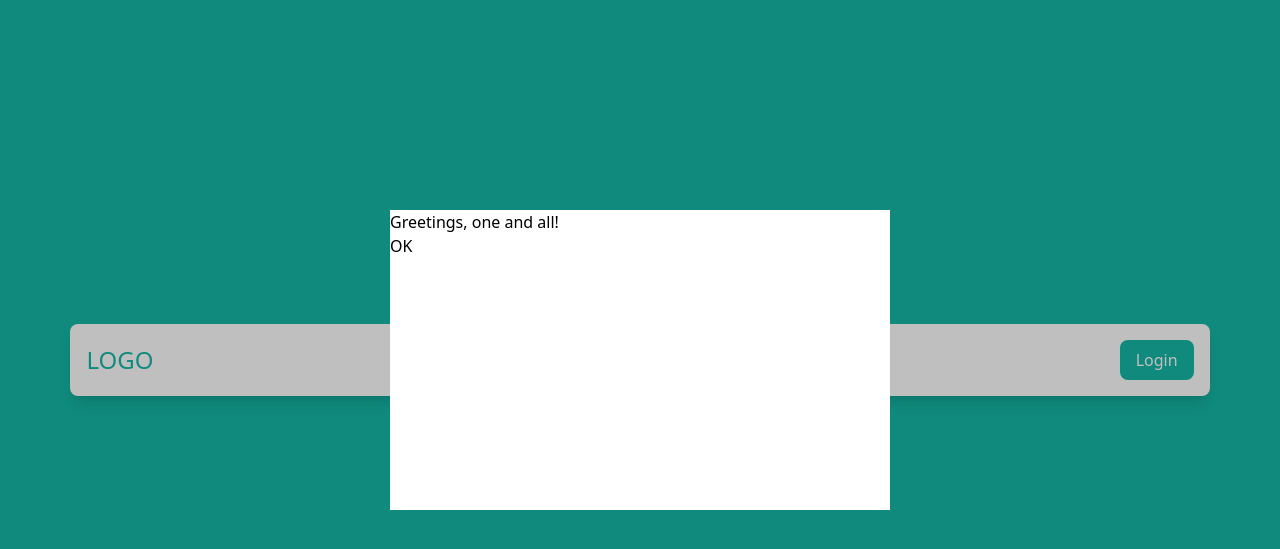
Repository: DevAntonioRogers/react-modal-with-dialog
Page: /
An editor plug-in stored every save of this project. The page is shown before and after the next save, followed by the edit.
The browser window is 1280 px wide. The pictures show the whole page.
The project was rebuilt for these pictures with package versions that can differ from the ones it lists, and the page was loaded fresh each time. Also part of the build but not shown: vite.config.ts.

Above is the page before, as saved 2023-05-10 12:52:21.

After the next save:
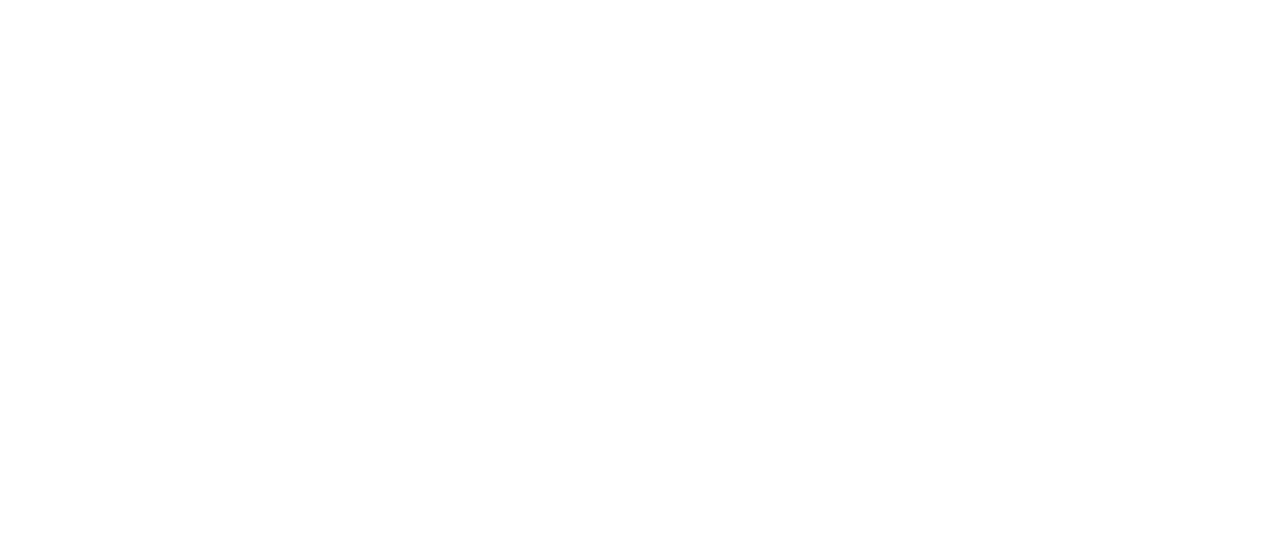
Console error: TypeError: Cannot read properties of null (reading 'close')
Saved 66 s later.
--- a/src/App.tsx
+++ b/src/App.tsx
@@ -39,7 +39,7 @@
         </nav>
         <div
           onClick={() => modal.close()}
-          className="w-screen h-screen flex justify-center items-center bg-black/25 absolute"
+          className={modal.close() ? "w-screen h-screen flex justify-center items-center bg-black/25 absolute" : ""}
         >
           <dialog ref={ref} open className="w-[500px] h-[300px]">
             <p>Greetings, one and all!</p>

After the save that followed:
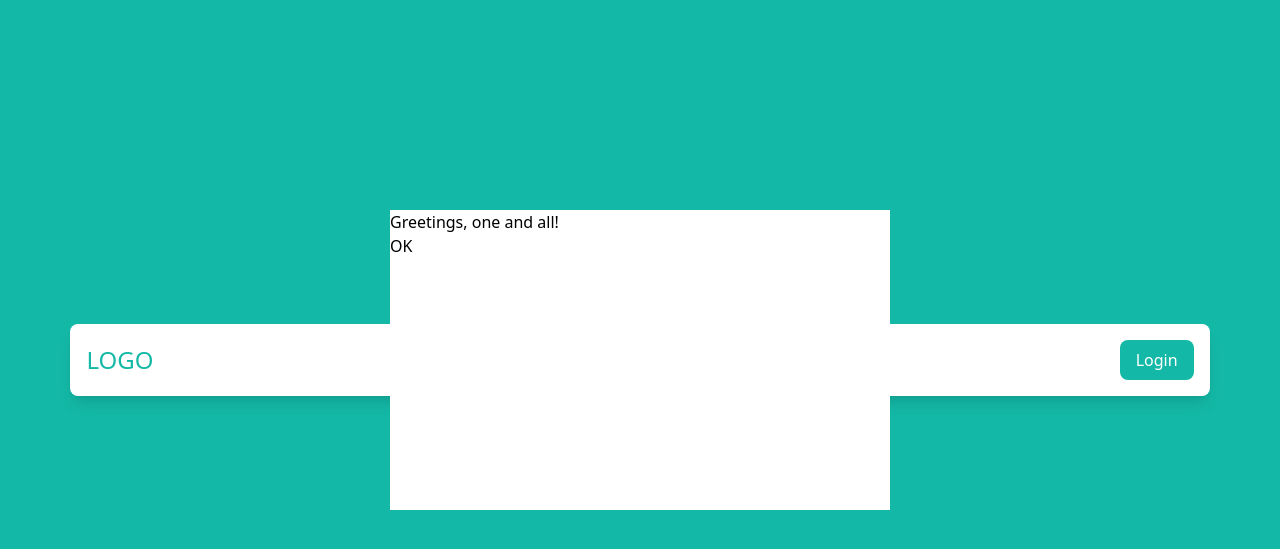
The error is gone.
Saved 33 s later.
--- a/src/App.tsx
+++ b/src/App.tsx
@@ -37,17 +37,12 @@
             Login
           </button>
         </nav>
-        <div
-          onClick={() => modal.close()}
-          className={modal.close() ? "w-screen h-screen flex justify-center items-center bg-black/25 absolute" : ""}
-        >
-          <dialog ref={ref} open className="w-[500px] h-[300px]">
-            <p>Greetings, one and all!</p>
-            <form method="dialog">
-              <button>OK</button>
-            </form>
-          </dialog>
-        </div>
+        <dialog ref={ref} open className="w-[500px] h-[300px]">
+          <p>Greetings, one and all!</p>
+          <form method="dialog">
+            <button>OK</button>
+          </form>
+        </dialog>
       </div>
     </>
   );
